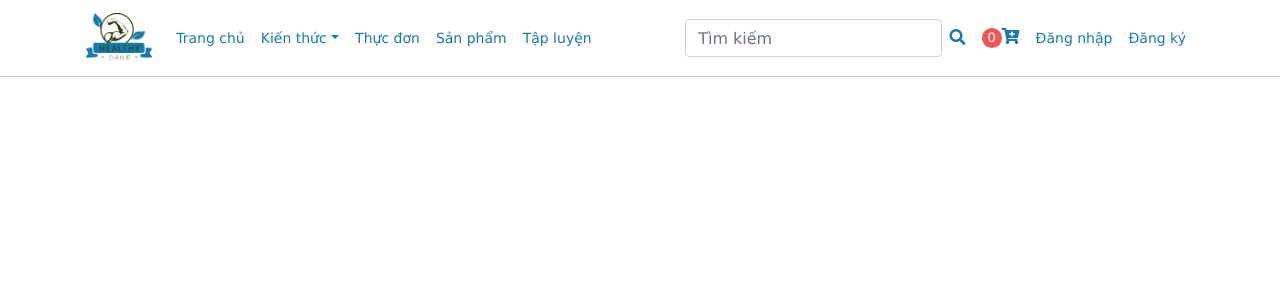
Repository: hohoang106/Project-Intern-Web
Page: homepage/navbar.html
These files come from the project's save history. The page is drawn as it stood at one moment and after the next save; the edit follows.
The browser window is 1280 px wide. The pictures show the whole page.
The page's requests for data from a server got no answer.

Above is the page before, as saved 2021-09-12 18:28:45.
Console error: TypeError: Assignment to constant variable.

After the next save:
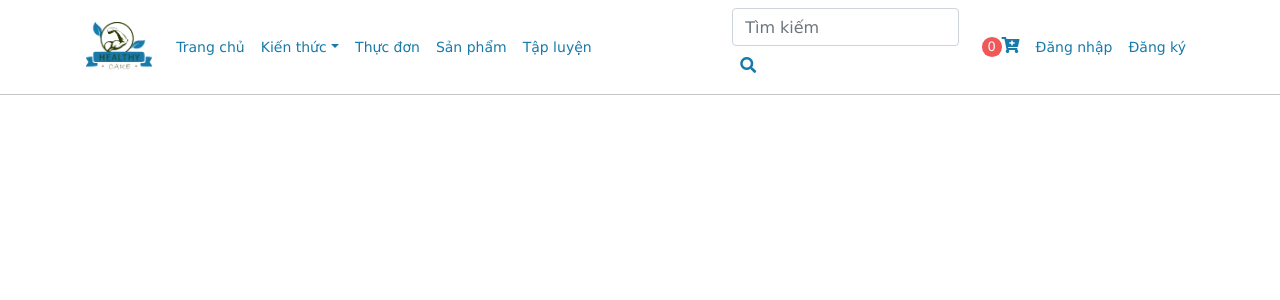
Saved 6 s later.
--- a/homepage/navbar.html
+++ b/homepage/navbar.html
@@ -50,11 +50,11 @@
           </li>
 
         </ul>
-        <input class="form-control col-xl-3 col-md-2 col-12 inputtext" type="search" placeholder="Tìm kiếm">
-        <div class="icon-search m-2"> <i class="fas fa-search"></i></div>
 
-        <div class="form-input">
 
+        <div class="form-input col-xl-3 col-md-2 col-12">
+          <input class="form-control  inputtext" type="search" placeholder="Tìm kiếm">
+          <div class="icon-search m-2"> <i class="fas fa-search"></i></div>
         </div>
         <div class="icon-cart m-2">
           <a href="/homepage/payment.html" style="display: flex;">
